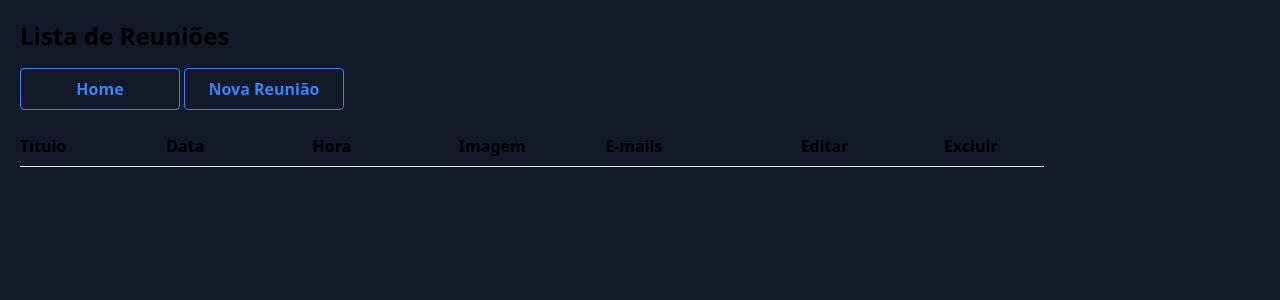
Repository: TamiBeira/meeting
Page: /meetings
These files come from the project's save history. The page is drawn as it stood at one moment and after the next save; the edit follows.
The browser window is 1280 px wide. The pictures show the whole page.
The project was rebuilt for these pictures with package versions that can differ from the ones it lists, and the page was loaded fresh each time. Also part of the build but not shown: vite.config.ts, src/contexts/FormContext.tsx, src/components/Form.tsx, src/components/HomePage.tsx.

Above is the page before, as saved 2024-02-27 00:17:35.

After the next save:
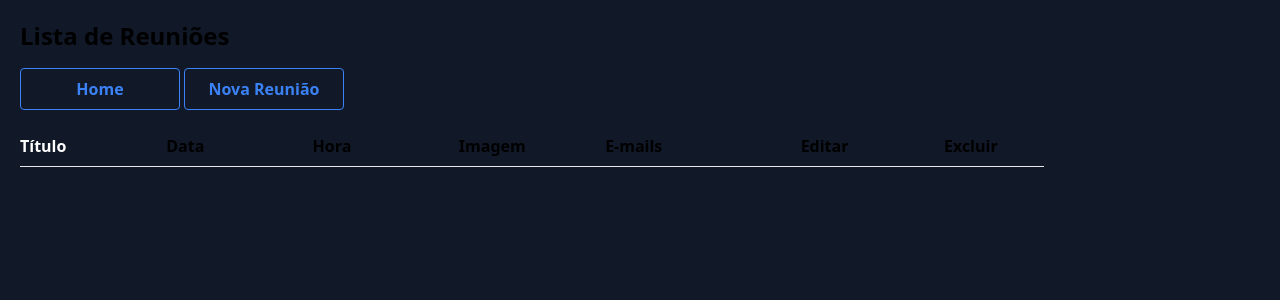
Saved 15 s later.
--- a/src/components/MeetingsView.tsx
+++ b/src/components/MeetingsView.tsx
@@ -36,7 +36,7 @@ export const MeetingsView: React.FC = () => {
       </div>
       <ul>
         <li className="border-b border-gray-200 py-2 flex sm:flex-row font-semibold max-w-5xl">
-          <div className="w-1/5">Título</div>
+          <div className="w-1/5 text-white">Título</div>
           <div className="w-1/5">Data</div>
           <div className="w-1/5">Hora</div>
           <div className="w-1/5">Imagem</div>
